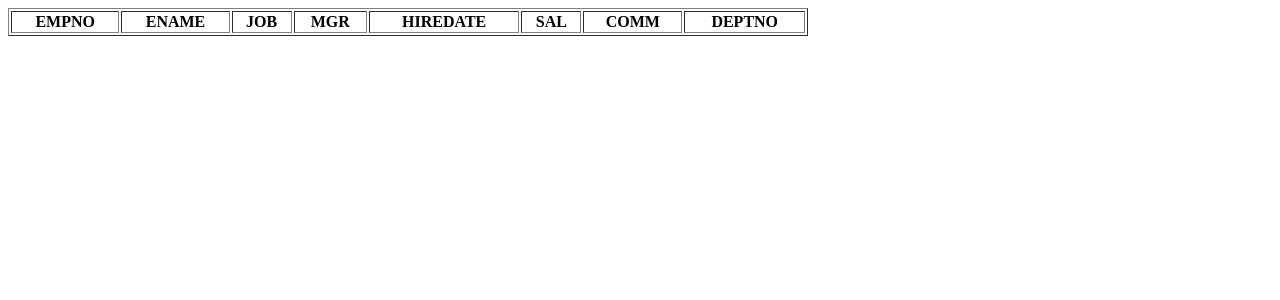
Repository: uhhuhhmm/JSP-Servlet-Class
Page: http://localhost/web04/emp_table.jsp
An editor plug-in stored every save of this project. The page is shown before and after the next save, followed by the edit.
The browser window is 1280 px wide. The pictures show the whole page.
The page is served by Tomcat 9. Nobody is signed in. The application's start-up code is not run. Queries for data that is not in the repository find no rows.

Above is the page before, as saved 2022-07-18 05:43:58.

### web04/WebContent/emp_table.jsp
<%@ page language="java" contentType="text/html; charset=UTF-8"
    pageEncoding="UTF-8"%>
<%@page import="java.sql.*" %>
   <%! // 선언부는 첫 방문자에 의해서 단 한번 수행합니다.
    	Connection conn = null;
    	Statement stmt = null;
    	ResultSet rs = null;

    	String url = "jdbc:oracle:thin:@localhost:1521:orcl";
    	String uid = "scott";
    	String pass = "tiger";
    	String sql = "select * from emp";
   %>

<!DOCTYPE html>
<html>
<head>
<meta charset="UTF-8">
<title>Insert title here</title>
</head>
<body>
<table width='800' border='1'>
<tr>
<th>EMPNO</th><th>ENAME</th><th>JOB</th><th>MGR</th>
<th>HIREDATE</th><th>SAL</th><th>COMM</th><th>DEPTNO</th>
</tr>
<%
try{
	Class.forName("oracle.jdbc.driver.OracleDriver");
	conn = DriverManager.getConnection(url, uid, pass);
	stmt = conn.createStatement();
	rs = stmt.executeQuery(sql);
	while(rs.next()){
		out.println("<tr>");
		out.println("<td>"+rs.getInt("empno")+"</td>");
		out.println("<td>"+rs.getString("ename")+"</td>");
		out.println("<td>"+rs.getString("job")+"</td>");
		out.println("<td>"+rs.getInt("mgr")+"</td>");
		out.println("<td>"+rs.getDate("hiredate")+"</td>");
		out.println("<td>"+rs.getInt("sal")+"</td>");
		out.println("<td>"+rs.getInt("comm")+"</td>");
		out.println("<td>"+rs.getInt("deptno")+"</td>");
		out.println("</tr>");
	} // while의 끝
}catch(Exception e){
	e.printStackTrace();
}finally{
	try{
		if(rs != null) rs.close();
		if(stmt != null) stmt.close();
		if(conn != null) conn.close();
	}catch(Exception e){
		e.printStackTrace();
	}
} // finally의 끝
%>
</table>
</body>
</html>

After the next save:
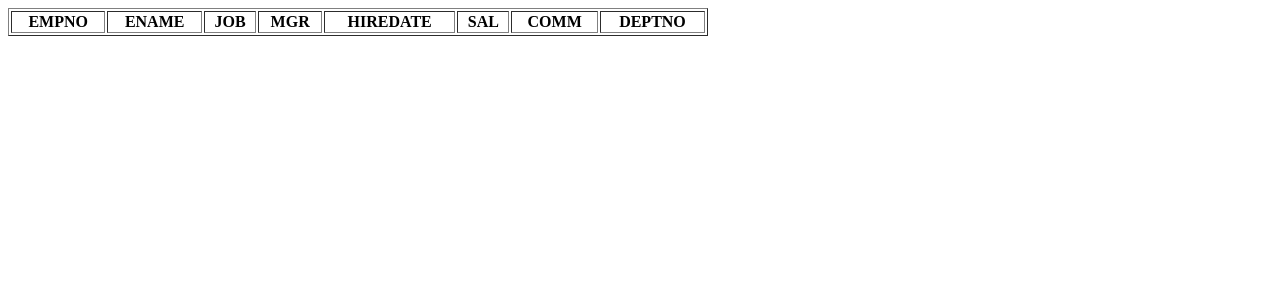
Saved 9 min 31 s later.
--- a/web04/WebContent/emp_table.jsp
+++ b/web04/WebContent/emp_table.jsp
@@ -19,7 +19,7 @@
 <title>Insert title here</title>
 </head>
 <body>
-<table width='800' border='1'>
+<table width='700' border='1'>
 <tr>
 <th>EMPNO</th><th>ENAME</th><th>JOB</th><th>MGR</th>
 <th>HIREDATE</th><th>SAL</th><th>COMM</th><th>DEPTNO</th>
